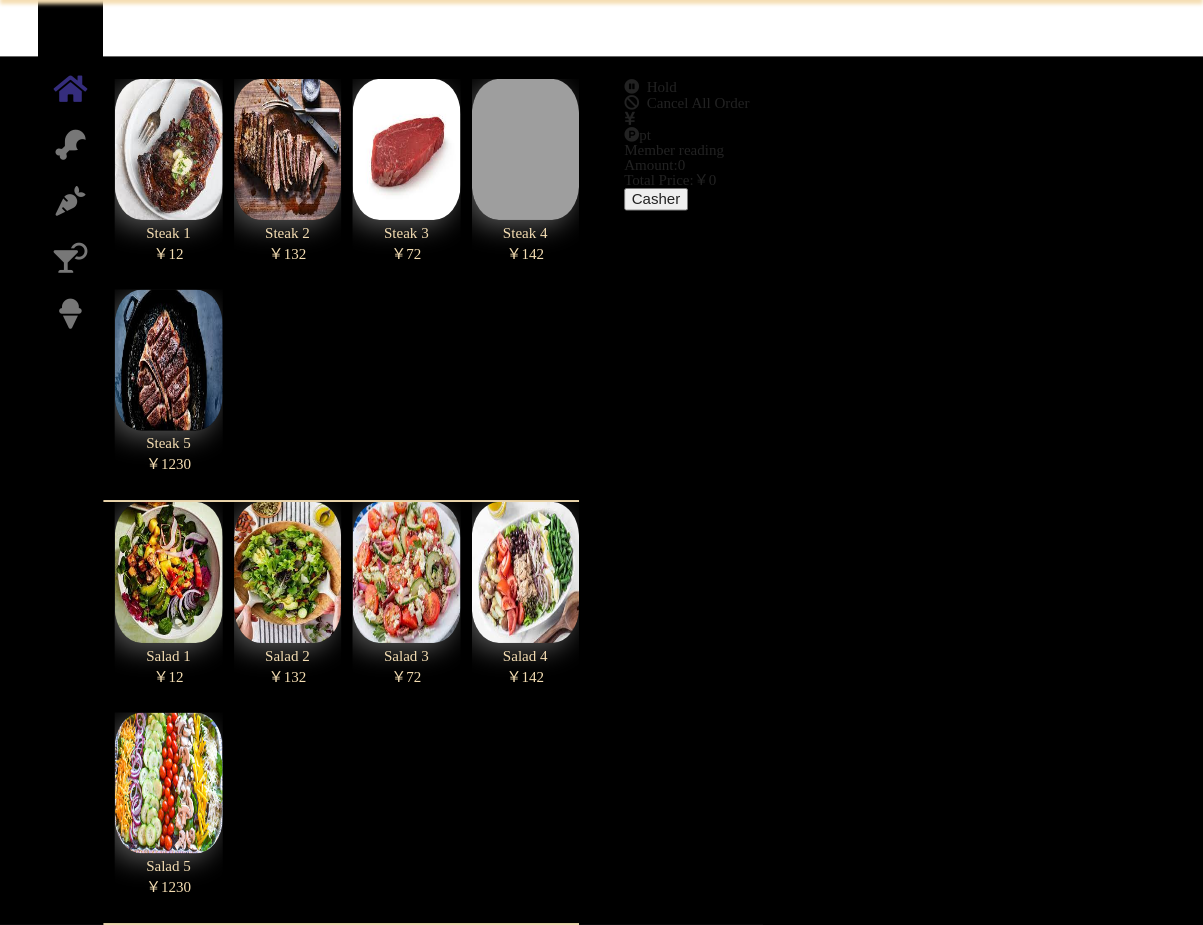
Repository: vuhungson158/Menu
Page: /
These files come from the project's save history. The page is drawn as it stood at one moment and after the next save; the edit follows.
The browser window is 1280 px wide. The pictures show the whole page, at 94% of full size.
Pictures or frames that could not be fetched are drawn as grey boxes. The project was rebuilt for these pictures with package versions that can differ from the ones it lists, and the page was loaded fresh each time. Also part of the build but not shown: src/component/mainMenu/orderBlock/orderContent/OrderedItem.jsx, src/redux-store/actions/HoldActions.jsx, src/component/mainMenu/orderBlock/utilities/HoldItem.jsx.

Above is the page before, as saved 2021-08-22 09:51:10.

### public/index.html
<!DOCTYPE html>
<html lang="en">
  <head>
    <meta charset="utf-8" />
    <link rel="icon" href="%PUBLIC_URL%/favicon.ico" />
    <meta name="viewport" content="width=device-width, initial-scale=1" />
    <meta name="theme-color" content="#000000" />
    <meta
      name="description"
      content="Web site created using create-react-app"
    />
    <link rel="apple-touch-icon" href="%PUBLIC_URL%/logo192.png" />
    <!--
      manifest.json provides metadata used when your web app is installed on a
      user's mobile device or desktop. See https://developers.google.com/web/fundamentals/web-app-manifest/
    -->
    <link rel="manifest" href="%PUBLIC_URL%/manifest.json" />
    <link rel="stylesheet" href="fontawesome-5.15.3-web/css/all.min.css">

    <!--
      Notice the use of %PUBLIC_URL% in the tags above.
      It will be replaced with the URL of the `public` folder during the build.
      Only files inside the `public` folder can be referenced from the HTML.

      Unlike "/favicon.ico" or "favicon.ico", "%PUBLIC_URL%/favicon.ico" will
      work correctly both with client-side routing and a non-root public URL.
      Learn how to configure a non-root public URL by running `npm run build`.
    -->
    <title>Restaurant Menu</title>
  </head>
  <body>
    <noscript>You need to enable JavaScript to run this app.</noscript>
    <div id="root"></div>
    <!--
      This HTML file is a template.
      If you open it directly in the browser, you will see an empty page.

      You can add webfonts, meta tags, or analytics to this file.
      The build step will place the bundled scripts into the <body> tag.

      To begin the development, run `npm start` or `yarn start`.
      To create a production bundle, use `npm run build` or `yarn build`.
    -->
  </body>
</html>

### src/redux-store/index.jsx
import { createStore, applyMiddleware } from "redux";
import { composeWithDevTools } from "redux-devtools-extension";
import thunk from "redux-thunk";
import rootReducer from "./reducers";

const initialState = {};

const middleware = [thunk];

const store = createStore(
    rootReducer,
    initialState,
    composeWithDevTools(applyMiddleware(...middleware))
);

export default store;

### src/component/mainMenu/index.jsx
import React from 'react';
import CenterMenu from './centerMenu';
import OrderBlock from './orderBlock';

const MainMenu = () => {
    return (
        <div id="main-menu">
            <div className="container">
                <div className="grid">
                    <CenterMenu />
                    <OrderBlock />
                </div>
            </div>
        </div >
    )
}

export default MainMenu

### src/component/navbar/index.jsx
import React, { useState } from 'react';
import Clock from './Clock';

const Navbar = () => {

    const nav_height = "-60px"
    const [active, setActive] = useState(false);

    var prevScrollpos = window.pageYOffset;
    window.onscroll = function () {
        var currentScrollPos = window.pageYOffset;
        if (prevScrollpos > currentScrollPos) {
            document.getElementById("navbar").style.top = "0";
        } else {
            document.getElementById("navbar").style.top = nav_height;
        }
        prevScrollpos = currentScrollPos;
    }

    return (
        <nav id="navbar">
            <div className="container">
                <h1>Menu</h1>
                <Clock />
                <div className={`setting-icon ${active ? `active` : ""}`}
                    onClick={() => setActive(!active)} >
                    <span></span>
                    <span></span>
                    <span></span>
                    {
                        active ?
                            <ul className="setting-menu">
                                <li>Language</li>
                                <li>Dark Mode</li>
                                <li>Size</li>
                                <li>...something</li>
                            </ul>
                            : ""
                    }
                </div>

            </div>
        </nav>
    )
}

export default Navbar

### src/styles/App.scss
@import "./_variables";
@import "./mixin";

* {
    box-sizing: border-box;
    font-family: "Fira sans", sans-serif;
}
body {
    font-size: 10px;
}

@media (max-width: $breakpoint_mobile) {
    :root {
        --container_width: 100%;
    }
}
@media (min-width: $breakpoint_mobile) {
    :root {
        --container_width: 720px;
    }
}
@media (min-width: $breakpoint_ipad) {
    :root {
        --container_width: 960px;
    }
}
@media (min-width: $breakpoint_sm_pc) {
    :root {
        --container_width: 1200px;
    }
}
@media (min-width: $breakpoint_pc) {
    :root {
        --container_width: 1800px;
    }
}

.container {
    margin: 0 auto;
    max-width: var(--container_width);
}

#navbar {
    position: fixed;
    height: $navbar_height;
    top: 0;
    left: 0;
    right: 0;
    z-index: $navbar_z-index;
    background-color: $background-color_1st;
    color: $color_1st;
    box-shadow: 0 4px 4px 0 $color_1st;
    transition: 0.5s;

    .container {
        position: relative;
        display: flex;
        align-items: center;
        justify-content: space-between;

        h1 {
            color: $color_1st;
            font-size: 3.6rem;
            font-weight: 900;
            letter-spacing: 2px;
            text-transform: uppercase;
        }

        #clock {
            font-size: 2.4rem;
            font-weight: 600;
        }

        .setting-icon {
            display: block;
            position: relative;
            z-index: 1;
            user-select: none;
            appearance: none;
            border: none;
            outline: none;
            background: none;
            cursor: pointer;

            span {
                display: block;
                position: relative;
                width: 36px;
                height: 4px;
                margin-bottom: 6px;
                background-color: $background-color_2nd;
                border-radius: 10%;
                z-index: 1;
                transform-origin: 0 0;
                transition: 0.5s;
            }

            &:hover span:nth-child(2) {
                background-color: $color_3rd;
            }

            &.active {
                span:nth-child(1) {
                    transform: translate(0px, -2px) rotate(45deg);
                }
                span:nth-child(2) {
                    opacity: 0;
                    transform: translateX(36px);
                }
                span:nth-child(3) {
                    transform: translate(-3px, 3px) rotate(-45deg);
                }
            }
            .setting-menu {
                position: absolute;
                right: 0;
                border: 2px solid $color_2nd;
                border-radius: 5%;
                overflow: hidden;
                padding: 12px;
                background-color: $background-color_1st;
                cursor: auto;
                animation: dropDown 0.2s;

                li {
                    min-width: 120px;
                    cursor: pointer;
                    text-align: center;
                    padding: 12px 8px;
                    font-size: 1.6rem;
                    transition: 0.2s;
                    &:hover {
                        transform: scale(1.2);
                        color: $color_3rd;
                    }
                }
            }
        }
    }
}

#main-menu {
    background-color: $background-color_1st;
    margin-top: $navbar_height;
    min-height: 100vh;
    .container {
        padding-top: 24px;
        .grid {
            --margin_left: 48px;
            display: flex;
            margin-left: calc(-1 * var(--margin_left));
            #center-menu,
            #order-block {
                margin-left: var(--margin_left);
                width: calc(50% - var(--margin_left));
            }
            #center-menu {
                --side-nav_width: 70px;
                #side-nav {
                    position: fixed;
                    top: 0;
                    min-height: 90%;
                    width: var(--side-nav_width);
                    background: $background-color_1st;
                    overflow: hidden;
                    transition: width 0.2s;
                    z-index: 1;
                    &:hover {
                        width: 300px;
                    }
                    ul {
                        position: absolute;
                        top: 0;
                        left: 0;
                        width: 100%;
                        padding-left: 5px;
                        top: 10%;
                        li {
                            opacity: 0.5;
                            a {
                                position: relative;
                                display: block;
                                width: 100%;
                                display: flex;
                                text-decoration: none;
                                color: $color_2nd;
                                font-size: 2rem;
                                .icon {
                                    position: relative;
                                    display: block;
                                    min-width: 60px;
                                    height: 60px;
                                    line-height: 60px;
                                    text-align: center;
                                    i {
                                        position: relative;
                                        font-size: 2rem;
                                        z-index: 1;
                                    }
                                }
                                .title {
                                    position: relative;
                                    display: block;
                                    padding-left: 10px;
                                    height: 60px;
                                    line-height: 60px;
                                    white-space: nowrap;
                                }
                            }
                            &.active,
                            &:hover {
                                .icon,
                                .title {
                                    transition: 0.2s;
                                    color: $color_3rd;
                                }
                            }
                        }
                    }
                }
                #menu {
                    margin-left: calc(var(--side-nav_width) + 12px);
                    .page {
                        --spacing: 12px;
                        --columns: 4;
                        display: flex;
                        flex-wrap: wrap;
                        margin-left: calc(-1 * var(--spacing));
                        border-bottom: 2px solid $background-color_2nd;
                        .food-item {
                            overflow: hidden;
                            margin-left: var(--spacing);
                            width: calc(100% / var(--columns) - var(--spacing));
                            display: flex;
                            flex-direction: column;
                            height: 200px;
                            cursor: pointer;
                            margin-bottom: calc(2 * var(--spacing));
                            transition: 0.2s;
                            &:hover .food-img{
                                box-shadow: 7px -7px 28px 0 $background-color_3rd;
                            }
                            .food-img {
                                height: 150px;
                                border-radius: 25%;
                                box-shadow: -7px 7px 28px 0 $box-shadow-color;
                            }
                            .food-name,
                            .food-price {
                                color: $color_1st;
                                text-align: center;
                                margin-top: calc(0.5 * var(--spacing));
                            }
                        }
                    }
                }
            }
        }
    }
}

### src/redux-store/reducers/index.jsx
import { combineReducers } from "redux";
import HoldReducer from "./HoldReducer";
import MenuReducer from "./MenuReducer";
import OrderReducer from "./OrderReducer";

const rootReducer = combineReducers({
    menu: MenuReducer,
    order: OrderReducer,
    hold:HoldReducer
});

export default rootReducer;

### src/component/mainMenu/centerMenu/index.jsx
import React from 'react';
import MenuPage from './MenuPage';
import PropTypes from 'prop-types';
import { connect } from 'react-redux';
import SideBar from './sidebar';

const CenterMenu = ({ foods }) => {
    return (
        <div id="center-menu">
            <SideBar />
            <div id="menu">
                {
                    Object.entries(foods).map(page => (
                        <MenuPage key={page[0]} page={page[1]} />
                    ))
                }
            </div>
        </div >
    )
};

CenterMenu.prototype = {
    foods: PropTypes.array.isRequired,
};

const mapStateToProps = state => ({
    foods: state.menu.foods
});

export default connect(mapStateToProps)(CenterMenu)

### src/component/mainMenu/orderBlock/index.jsx
import React from 'react'
import MemberInfo from './MemberInfo'
import OrderedContent from './orderContent'
import Utilities from './utilities'


const OrderBlock = () => {

    return (
        <div id="order-block" className="d-flex flex-column">
            <Utilities />
            <MemberInfo />
            <OrderedContent />
            <button id="casher-btn" className="btn btn-primary">Casher</button>
        </div>
    )
}

export default OrderBlock

### src/component/navbar/Clock.jsx
import React, { useEffect, useState } from 'react'
import { showTime } from '../../pure-JS/MyTime';

const Clock = () => {

    const [clock, setClock] = useState("")

    useEffect(() => {
        const intervalClock = setInterval(() => setClock(showTime()), 1000);
        return () => clearInterval(intervalClock);
    }, []);

    return (
        <div id="clock">{clock ? clock : showTime()}</div>
    )
}

export default Clock

### src/styles/_variables.scss
:root {
    --spacing: 0;
    --container_width: 0;
    --columns: 0;
}

// Color
$color_1st: wheat;
$color_2nd: #eee;
$color_3rd: #6a5af9;
$color_4th: #3d6ef7;
$color_light: #ededed;
$color_dark: black;

$box-shadow-color: #555;

// Background Color
$background-color_1st: black;
$background-color_2nd: wheat;
$background-color_3rd: #6a5af9;
$background-color_4th: #3D6EF7;;

// z-index
$navbar_z-index: 99;

// Height
$navbar_height: 60px;

// Width
$breakpoint_mobile: 768px;
$breakpoint_ipad: 1024px;
$breakpoint_sm_pc: 1224px;
$breakpoint_pc: 1824px;

### src/styles/_mixin.scss
@keyframes dropDown {
    0% {
        transform: translateY(-100px);
    }
    100% {
        transform: skewY(0);
    }
}

### src/redux-store/reducers/HoldReducer.jsx
import { MAKE_HOLD } from "../actions/TYPE";

var initialState = {
    holder: [{}, {}, {}, {}, {}, {}, {}, {}, {}, {}]
}

const HoldReducer = (state = initialState, action) => {
    const { type, payload } = action;

    switch (type) {
        case MAKE_HOLD:
            if (payload.totalAmount === 0) {
                state.holder[payload.index] = {};
                return state;
            } else {
                state.holder[payload.index] = payload;
                return state;
            }
        default:
            return state;
    }
};

export default HoldReducer;

### src/redux-store/reducers/MenuReducer.jsx
import { SWITCH_BRANCH } from "../actions/TYPE";
import { MenuInitialState } from "./MenuInitialState";

const MenuReducer = (state = MenuInitialState, action) => {
    const { type, payload } = action;

    switch (type) {
        case SWITCH_BRANCH:
            return {
                ...state,
                branchs: state.branchs.map((branch) => {
                    if (branch.id === payload) branch.active = true;
                    else if (branch.active) branch.active = false;
                    return branch;
                })
            };
        default:
            return state;
    }
};

export default MenuReducer;

### src/component/mainMenu/centerMenu/MenuPage.jsx
import React from 'react'
import MenuItem from './MenuItem'

const MenuPage = ({ page }) => {
    return (
        <div className="page">
            {
                page.map((food) => (
                    <MenuItem key={food.id} food={food} />
                ))
            }
        </div>
    )
}

export default MenuPage

### src/component/mainMenu/centerMenu/sidebar/index.jsx
import React from 'react'
import PropTypes from 'prop-types';
import { connect } from 'react-redux';
import { switchBranch } from '../../../../redux-store/actions/MenuActions';

const SideBar = ({branchs, switchBranch}) => {
    return (
        <div id="side-nav" className="side-nav">
            <ul>
                {
                    branchs.map((branch) => (
                        <li key={branch.id} className={branch.active ? "list active" : "list"} >
                            <a href="/#" onClick={() => switchBranch(branch.id)}>
                                <span className="icon"><i className={branch.icon}></i></span>
                                <span className="title">{branch.name}</span>
                            </a>
                        </li>
                    ))
                }
            </ul>
        </div>
    )
}

SideBar.prototype = {
    branchs: PropTypes.array.isRequired,
    switchBranch: PropTypes.func.isRequired
};

const mapStateToProps = state => ({
    branchs: state.menu.branchs
});

export default connect(mapStateToProps, { switchBranch })(SideBar)

### src/component/mainMenu/orderBlock/MemberInfo.jsx
import React from 'react'

const MemberInfo = () => {
    return (
        <div id="member-info">
            <div>
                <i className="fas fa-yen-sign"></i>
                <span></span>
            </div>
            <div>
                <i className="fab fa-product-hunt"></i>
                <span>pt</span>
            </div>
            <div>
                Member reading
            </div>
        </div>
    )
}

export default MemberInfo

### src/component/mainMenu/orderBlock/orderContent/index.jsx
import React from 'react'
import { connect } from 'react-redux';
import PropTypes from 'prop-types';
import OrderedItem from './OrderedItem'

const OrderedContent = ({ orders }) => {

    const totalAmount = orders.reduce((acc, order) => (acc + order.amount), 0);
    const totalPrice = orders.reduce((acc, order) => (acc + order.price * order.amount), 0);

    return (
        <>
            <div id="list">
                <table>
                    {
                        orders.map((order) => (
                            <OrderedItem key={order.id} order={order} />
                        ))
                    }
                </table>
            </div>
            <div id="total">
                <div>
                    Amount:<span>{totalAmount ? totalAmount : 0}</span>
                </div>
                <div>
                    Total Price:<span>￥{totalPrice ? totalPrice : 0}</span>
                </div>
            </div>
        </>
    )
}
OrderedContent.prototype = {
    orders: PropTypes.array.isRequired,
};

const mapStateToProps = state => ({
    orders: state.order.ordered_item,
    totalAmount: state.order.totalAmount,
    totalPrice: state.order.totalPrice
});

export default connect(mapStateToProps)(OrderedContent)

### src/component/mainMenu/centerMenu/MenuItem.jsx
import React from 'react'
import PropTypes from 'prop-types';
import { connect } from 'react-redux';
import { addToOrder } from '../../../redux-store/actions/OrderActions';

const MenuItem = ({ food, addToOrder }) => {

    return (
        <div className="food-item" key={food.id} onClick={() => { addToOrder(food) }}>
            <img className="food-img" src={food.img} alt="" />
            <div className="food-name">{food.name}</div>
            <div className="food-price">￥{food.price}</div>
        </div>
    )
}

MenuItem.prototype = {
    addToOrder: PropTypes.func.isRequired,
};

const mapStateToProps = state => ({
});

export default connect(mapStateToProps, { addToOrder })(MenuItem)

### src/redux-store/actions/MenuActions.jsx
import { SWITCH_BRANCH } from "./TYPE";


export const switchBranch = newID => dispatch => {
    dispatch({
        type: SWITCH_BRANCH,
        payload: newID
    })
};

### src/redux-store/actions/OrderActions.jsx
import { ADD_ORDER, AMOUNT_DOWN, AMOUNT_UP, CHANGE_AMOUNT, CLEAR_ALL, HOLD_TO_ORDER } from "./TYPE";
import { v4 as uuidV4 } from "uuid";

export const addToOrder = item => dispatch => {
    dispatch({
        type: ADD_ORDER,
        payload: { ...item, id: uuidV4(), amount: 1 }
    })
};

export const holdToOrder = orders => dispatch => {
    dispatch({
        type: HOLD_TO_ORDER,
        payload: orders
    })
};

export const changeAmount = (id, amount) => dispatch => {
    dispatch({
        type: CHANGE_AMOUNT,
        payload: { id, amount: parseInt(amount, 10) }
    })
};

export const amountUp = id => dispatch => {
    dispatch({
        type: AMOUNT_UP,
        payload: id
    })
};

export const amountDown = (id, amount) => dispatch => {
    dispatch({
        type: AMOUNT_DOWN,
        payload: { id, amount }
    })
};

export const clearAll = () => dispatch => {
    dispatch({
        type: CLEAR_ALL,
        payload: null
    })
};

Loaded but not shown: src/serviceWorker.js (common file); src/styles/Reset.css (common file); public/fontawesome-5.15.3-web/css/all.min.css (library); src/redux-store/reducers/MenuInitialState.js (124 lines, source omitted); src/index.js (20 lines, source omitted); src/redux-store/actions/TYPE.js (13 lines, source omitted); src/pure-JS/MyTime.js (13 lines, source omitted); src/App.js (16 lines, source omitted); src/redux-store/reducers/OrderReducer.jsx (71 lines, source omitted); src/component/mainMenu/orderBlock/utilities/index.jsx (54 lines, source omitted)

After the next save:
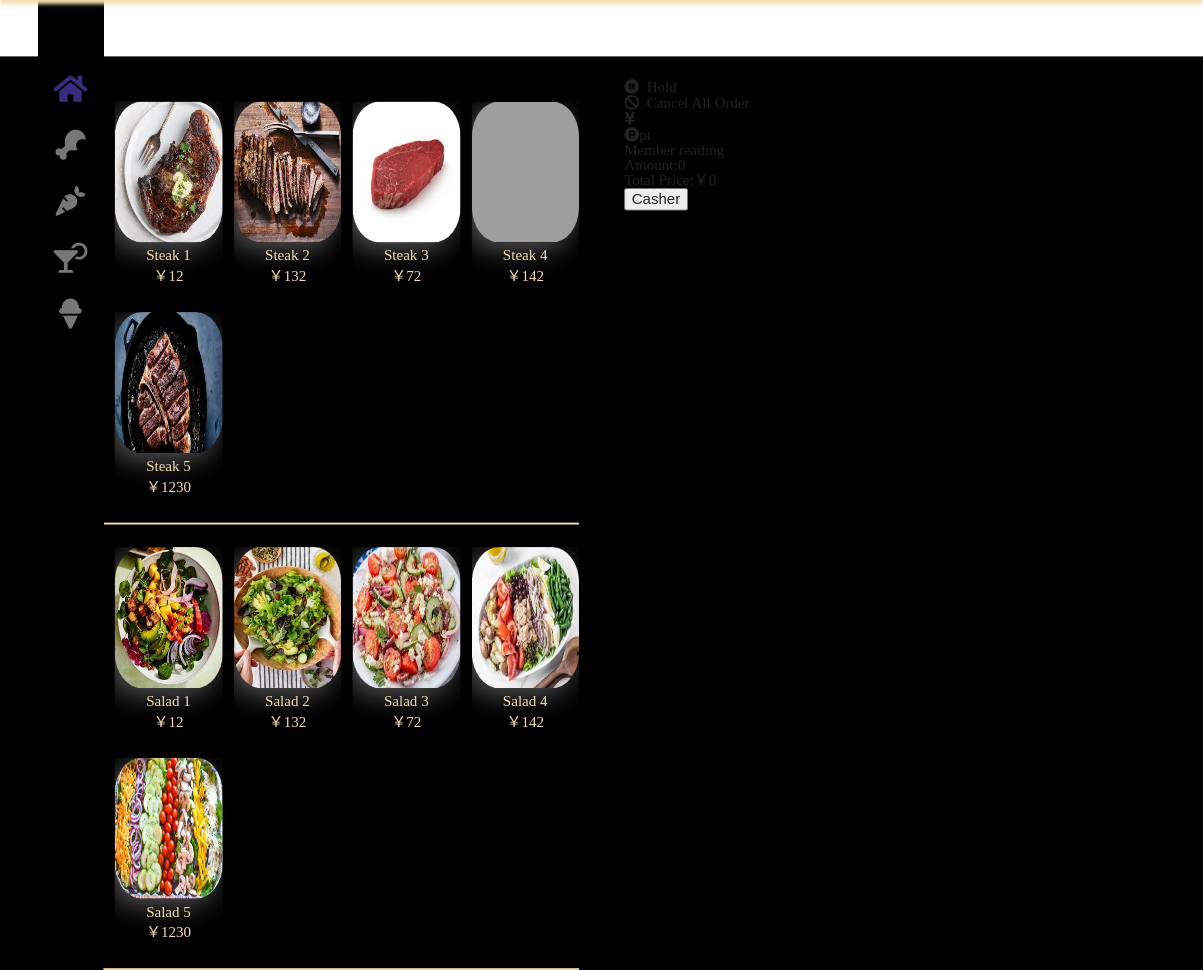
Saved 30 s later.
--- a/src/styles/App.scss
+++ b/src/styles/App.scss
@@ -226,6 +226,7 @@ body {
                         display: flex;
                         flex-wrap: wrap;
                         margin-left: calc(-1 * var(--spacing));
+                        margin-top: calc(2 * var(--spacing));
                         border-bottom: 2px solid $background-color_2nd;
                         .food-item {
                             overflow: hidden;
